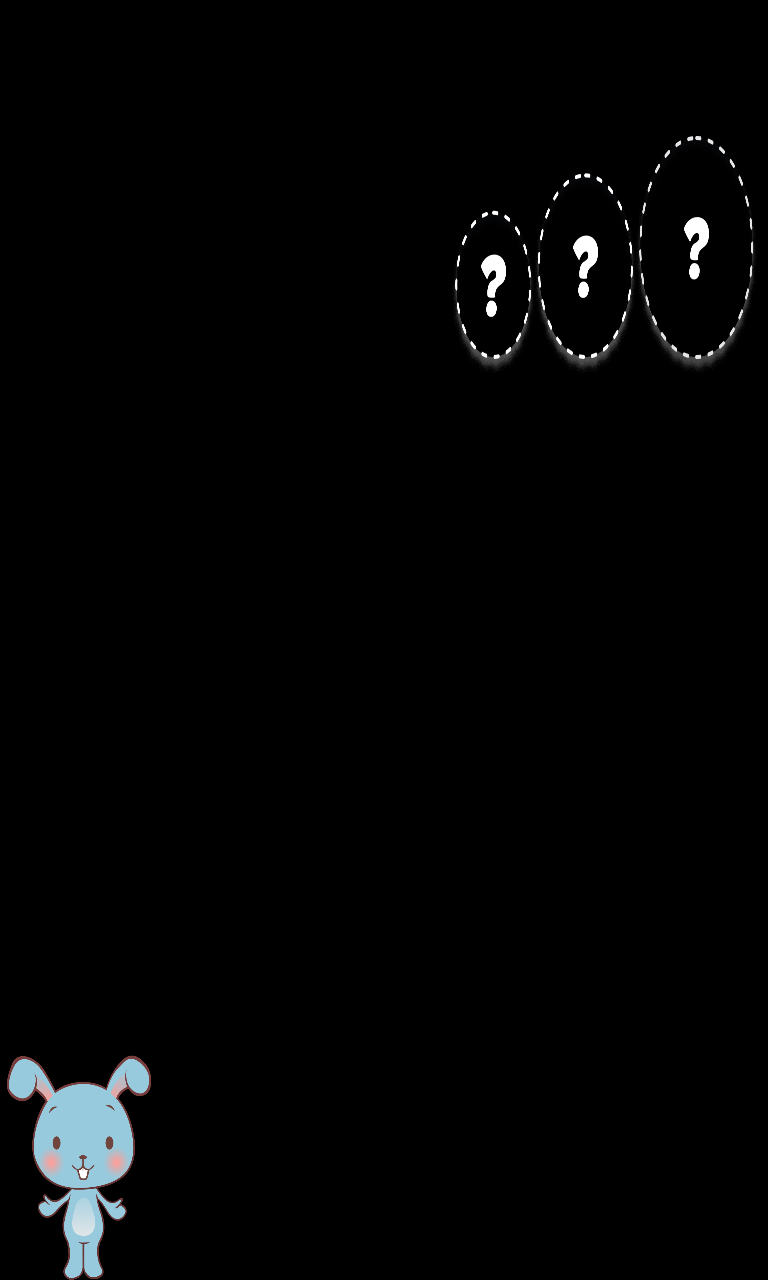
Repository: DimaPetrov/android
Layout: newapp/res/layout/puzzleback.xml
The author's editor kept a copy of each file at every save. The layout is drawn from the files as they stood at one save, then again after the next save.
It is drawn on a 768 x 1280 px phone screen (xhdpi) without system bars, with theme android:Theme.Black.NoTitleBar.Fullscreen; the app's code is not run.

Above is the layout before, as saved 2012-10-25 12:34:22.

After the next save:
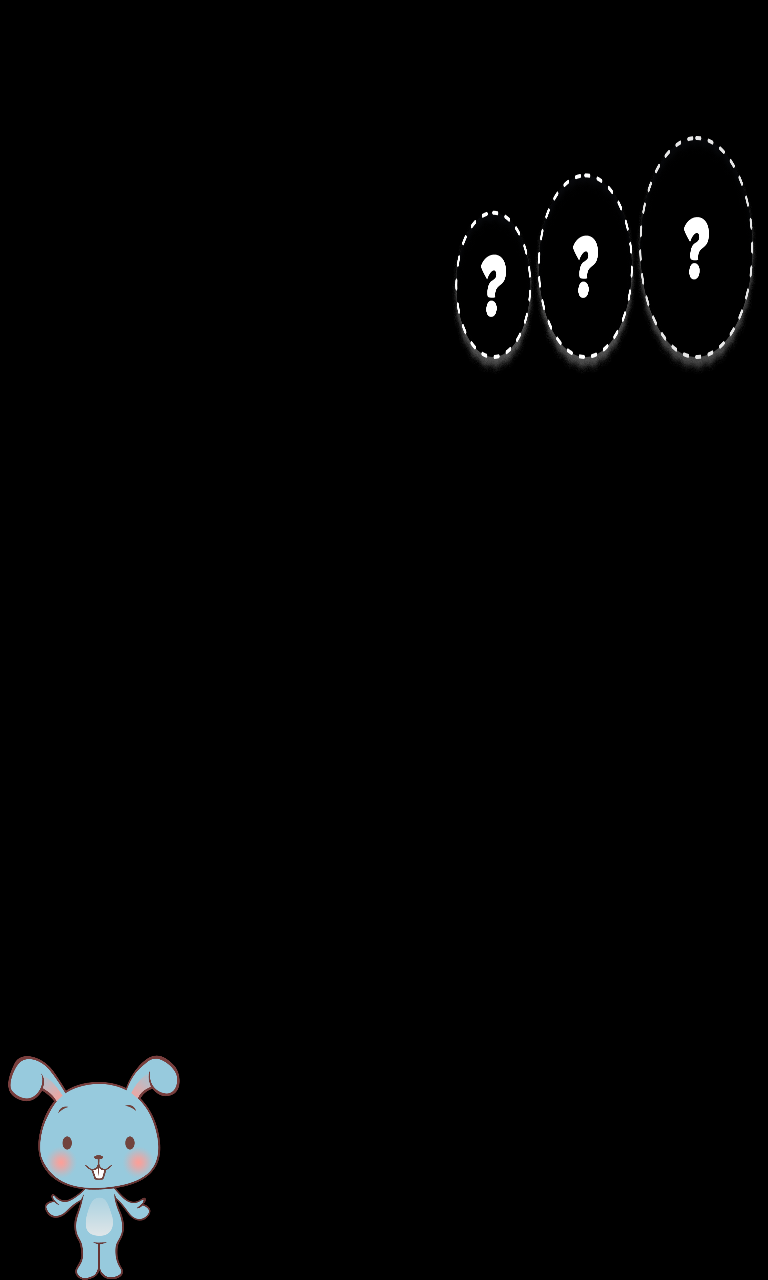
Saved 43 s later.
--- a/newapp/res/layout/puzzleback.xml
+++ b/newapp/res/layout/puzzleback.xml
@@ -20,7 +20,7 @@
         android:contentDescription="@string/nul" />
 <ImageView
     android:id="@+id/imageView1"
-    android:layout_width="80dp"
+    android:layout_width="95dp"
     android:layout_height="117dp"
     android:layout_alignParentBottom="true"
     android:layout_alignParentLeft="true"
